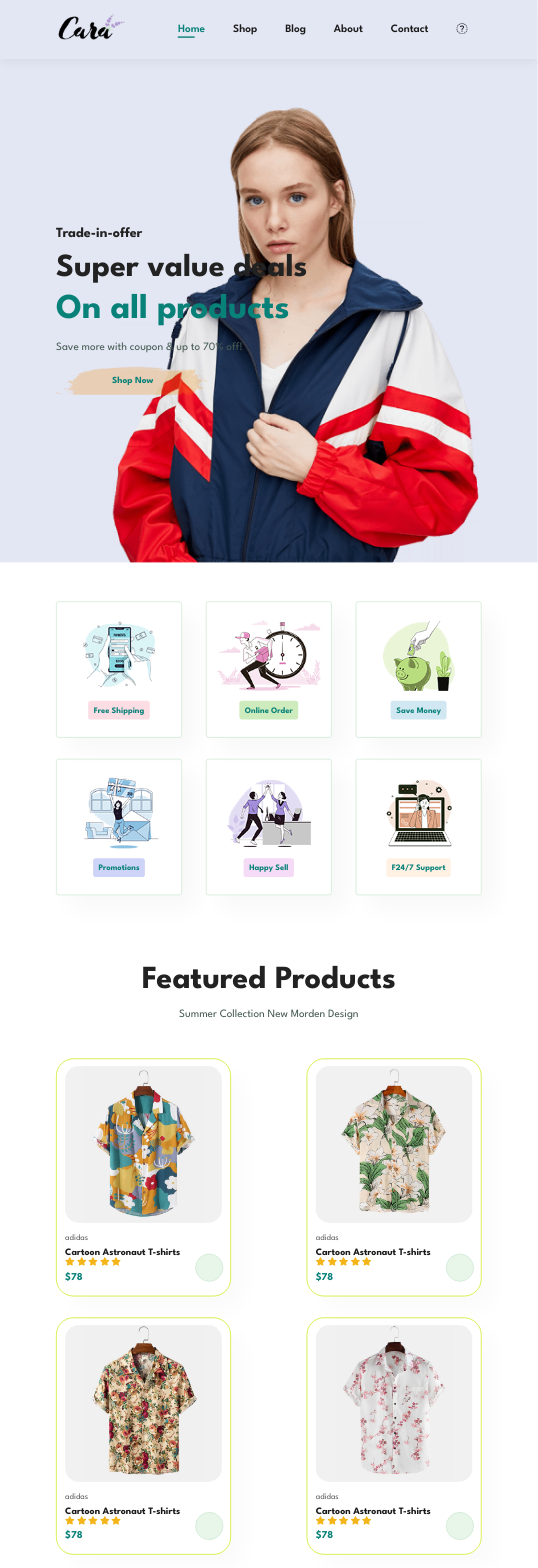
Repository: quy261001/cara
Page: index.html
An editor plug-in stored every save of this project. The page is shown before and after the next save, followed by the edit.
The browser window is 768 px wide. The pictures show the part of the page from y = 0 to 2240 px (the page is 7417 px tall before and 7466 px after), at 70% of full size.

Above is the page before, as saved 2022-05-02 13:42:58.

### index.html
<!DOCTYPE html>
<html lang="en">
<head>
  <meta charset="UTF-8">
  <meta http-equiv="X-UA-Compatible" content="IE=edge">
  <meta name="viewport" content="width=device-width, initial-scale=1.0">
  <link rel="stylesheet" href="style.css">
  <title>Cara</title>
</head>
<body>
  <section class="header">
    <a href="#"><img src="img/logo.png" class="logo" alt=""></a>

    <div>
      <ul class="navbar">
        <li><a class="active" href="index.html">Home</a></li>
        <li><a href="shop.html">Shop</a></li>
        <li><a href="blog.html">Blog</a></li>
        <li><a href="about.html">About</a></li>
        <li><a href="contact.html">Contact</a></li>
        <li><a href="cart.html"><i class="far fa-shopping-bag"></i></a></li>
      </ul>
    </div>
  </section>

  <section class="hero">
    <h4>Trade-in-offer</h4>
    <h2>Super value deals</h2>
    <h1>On all products</h1>
    <p>Save more with coupon & up to 70% off!</p>
    <button>Shop Now</button>
  </section>

  <section class="feature section-p1">
    <div class="fe-box">
      <img src="img/features/f1.png" alt="">
      <h6>Free Shipping</h6>
    </div>
    <div class="fe-box">
      <img src="img/features/f2.png" alt="">
      <h6>Online Order</h6>
    </div>
    <div class="fe-box">
      <img src="img/features/f3.png" alt="">
      <h6>Save Money</h6>
    </div>
    <div class="fe-box">
      <img src="img/features/f4.png" alt="">
      <h6>Promotions</h6>
    </div>
    <div class="fe-box">
      <img src="img/features/f5.png" alt="">
      <h6>Happy Sell</h6>
    </div>
    <div class="fe-box">
      <img src="img/features/f6.png" alt="">
      <h6>F24/7 Support</h6>
    </div>
  </section>

  <section class="product1 section-p1">
    <h2>Featured Products</h2>
    <p>Summer Collection New Morden Design</p>
    <div class="pro-container">
      <div class="pro">
        <img src="img/products/f1.jpg" alt="">
        <div class="des">
          <span>adidas</span>
          <h5>Cartoon Astronaut T-shirts</h5>
          <div class="star">
            <i class="fas fa-star"></i>
            <i class="fas fa-star"></i>
            <i class="fas fa-star"></i>
            <i class="fas fa-star"></i>
            <i class="fas fa-star"></i>
          </div>
          <h4>$78</h4>
        </div>
        <a href=""><i class="fal fa-shopping-cart cart"></i></a>
      </div>
      <div class="pro">
        <img src="img/products/f2.jpg" alt="">
        <div class="des">
          <span>adidas</span>
          <h5>Cartoon Astronaut T-shirts</h5>
          <div class="star">
            <i class="fas fa-star"></i>
            <i class="fas fa-star"></i>
            <i class="fas fa-star"></i>
            <i class="fas fa-star"></i>
            <i class="fas fa-star"></i>
          </div>
          <h4>$78</h4>
        </div>
        <a href=""><i class="fal fa-shopping-cart cart"></i></a>
      </div>
      <div class="pro">
        <img src="img/products/f3.jpg" alt="">
        <div class="des">
          <span>adidas</span>
          <h5>Cartoon Astronaut T-shirts</h5>
          <div class="star">
            <i class="fas fa-star"></i>
            <i class="fas fa-star"></i>
            <i class="fas fa-star"></i>
            <i class="fas fa-star"></i>
            <i class="fas fa-star"></i>
          </div>
          <h4>$78</h4>
        </div>
        <a href=""><i class="fal fa-shopping-cart cart"></i></a>
      </div>
      <div class="pro">
        <img src="img/products/f4.jpg" alt="">
        <div class="des">
          <span>adidas</span>
          <h5>Cartoon Astronaut T-shirts</h5>
          <div class="star">
            <i class="fas fa-star"></i>
            <i class="fas fa-star"></i>
            <i class="fas fa-star"></i>
            <i class="fas fa-star"></i>
            <i class="fas fa-star"></i>
          </div>
          <h4>$78</h4>
        </div>
        <a href=""><i class="fal fa-shopping-cart cart"></i></a>
      </div>
      <div class="pro">
        <img src="img/products/f5.jpg" alt="">
        <div class="des">
          <span>adidas</span>
          <h5>Cartoon Astronaut T-shirts</h5>
          <div class="star">
            <i class="fas fa-star"></i>
            <i class="fas fa-star"></i>
            <i class="fas fa-star"></i>
            <i class="fas fa-star"></i>
            <i class="fas fa-star"></i>
          </div>
          <h4>$78</h4>
        </div>
        <a href=""><i class="fal fa-shopping-cart cart"></i></a>
      </div>
      <div class="pro">
        <img src="img/products/f6.jpg" alt="">
        <div class="des">
          <span>adidas</span>
          <h5>Cartoon Astronaut T-shirts</h5>
          <div class="star">
            <i class="fas fa-star"></i>
            <i class="fas fa-star"></i>
            <i class="fas fa-star"></i>
            <i class="fas fa-star"></i>
            <i class="fas fa-star"></i>
          </div>
          <h4>$78</h4>
        </div>
        <a href=""><i class="fal fa-shopping-cart cart"></i></a>
      </div>
      <div class="pro">
        <img src="img/products/f7.jpg" alt="">
        <div class="des">
          <span>adidas</span>
          <h5>Cartoon Astronaut T-shirts</h5>
          <div class="star">
            <i class="fas fa-star"></i>
            <i class="fas fa-star"></i>
            <i class="fas fa-star"></i>
            <i class="fas fa-star"></i>
            <i class="fas fa-star"></i>
          </div>
          <h4>$78</h4>
        </div>
        <a href=""><i class="fal fa-shopping-cart cart"></i></a>
      </div>
      <div class="pro">
        <img src="img/products/f8.jpg" alt="">
        <div class="des">
          <span>adidas</span>
          <h5>Cartoon Astronaut T-shirts</h5>
          <div class="star">
            <i class="fas fa-star"></i>
            <i class="fas fa-star"></i>
            <i class="fas fa-star"></i>
            <i class="fas fa-star"></i>
            <i class="fas fa-star"></i>
          </div>
          <h4>$78</h4>
        </div>
        <a href=""><i class="fal fa-shopping-cart cart"></i></a>
      </div>
    </div>

  </section>

  <section class="banner section-m1">
    <h4>Repair Services</h4>
    <h2>Up to <span>70% Off</span> All t-shirts & Accessories</h2>
    <button class="normal">Explore More</button>
  </section>

  <section class="product1 section-p1">
    <h2>New Arrivals</h2>
    <p>Summer Collection New Morden Design</p>
    <div class="pro-container">
      <div class="pro">
        <img src="img/products/n1.jpg" alt="">
        <div class="des">
          <span>adidas</span>
          <h5>Cartoon Astronaut T-shirts</h5>
          <div class="star">
            <i class="fas fa-star"></i>
            <i class="fas fa-star"></i>
            <i class="fas fa-star"></i>
            <i class="fas fa-star"></i>
            <i class="fas fa-star"></i>
          </div>
          <h4>$78</h4>
        </div>
        <a href=""><i class="fal fa-shopping-cart cart"></i></a>
      </div>
      <div class="pro">
        <img src="img/products/n2.jpg" alt="">
        <div class="des">
          <span>adidas</span>
          <h5>Cartoon Astronaut T-shirts</h5>
          <div class="star">
            <i class="fas fa-star"></i>
            <i class="fas fa-star"></i>
            <i class="fas fa-star"></i>
            <i class="fas fa-star"></i>
            <i class="fas fa-star"></i>
          </div>
          <h4>$78</h4>
        </div>
        <a href=""><i class="fal fa-shopping-cart cart"></i></a>
      </div>
      <div class="pro">
        <img src="img/products/n3.jpg" alt="">
        <div class="des">
          <span>adidas</span>
          <h5>Cartoon Astronaut T-shirts</h5>
          <div class="star">
            <i class="fas fa-star"></i>
            <i class="fas fa-star"></i>
            <i class="fas fa-star"></i>
            <i class="fas fa-star"></i>
            <i class="fas fa-star"></i>
          </div>
          <h4>$78</h4>
        </div>
        <a href=""><i class="fal fa-shopping-cart cart"></i></a>
      </div>
      <div class="pro">
        <img src="img/products/n4.jpg" alt="">
        <div class="des">
          <span>adidas</span>
          <h5>Cartoon Astronaut T-shirts</h5>
          <div class="star">
            <i class="fas fa-star"></i>
            <i class="fas fa-star"></i>
            <i class="fas fa-star"></i>
            <i class="fas fa-star"></i>
            <i class="fas fa-star"></i>
          </div>
          <h4>$78</h4>
        </div>
        <a href=""><i class="fal fa-shopping-cart cart"></i></a>
      </div>
      <div class="pro">
        <img src="img/products/n5.jpg" alt="">
        <div class="des">
          <span>adidas</span>
          <h5>Cartoon Astronaut T-shirts</h5>
          <div class="star">
            <i class="fas fa-star"></i>
            <i class="fas fa-star"></i>
            <i class="fas fa-star"></i>
            <i class="fas fa-star"></i>
            <i class="fas fa-star"></i>
          </div>
          <h4>$78</h4>
        </div>
        <a href=""><i class="fal fa-shopping-cart cart"></i></a>
      </div>
      <div class="pro">
        <img src="img/products/n6.jpg" alt="">
        <div class="des">
          <span>adidas</span>
          <h5>Cartoon Astronaut T-shirts</h5>
          <div class="star">
            <i class="fas fa-star"></i>
            <i class="fas fa-star"></i>
            <i class="fas fa-star"></i>
            <i class="fas fa-star"></i>
            <i class="fas fa-star"></i>
          </div>
          <h4>$78</h4>
        </div>
        <a href=""><i class="fal fa-shopping-cart cart"></i></a>
      </div>
      <div class="pro">
        <img src="img/products/n7.jpg" alt="">
        <div class="des">
          <span>adidas</span>
          <h5>Cartoon Astronaut T-shirts</h5>
          <div class="star">
            <i class="fas fa-star"></i>
            <i class="fas fa-star"></i>
            <i class="fas fa-star"></i>
            <i class="fas fa-star"></i>
            <i class="fas fa-star"></i>
          </div>
          <h4>$78</h4>
        </div>
        <a href=""><i class="fal fa-shopping-cart cart"></i></a>
      </div>
      <div class="pro">
        <img src="img/products/n8.jpg" alt="">
        <div class="des">
          <span>adidas</span>
          <h5>Cartoon Astronaut T-shirts</h5>
          <div class="star">
            <i class="fas fa-star"></i>
            <i class="fas fa-star"></i>
            <i class="fas fa-star"></i>
            <i class="fas fa-star"></i>
            <i class="fas fa-star"></i>
          </div>
          <h4>$78</h4>
        </div>
        <a href=""><i class="fal fa-shopping-cart cart"></i></a>
      </div>
    </div>

  </section>

  <section class="sm-banner section-p1">
      <div class="banner-box">
        <h4>crazy deals</h4>
        <h2>buy 1 get 1 free</h2>
        <span>The best classic dress is on sale at cara</span>
        <button class="while">Learn More</button>
      </div>
      <div class="banner-box banner-box2">
        <h4>spring/sumer</h4>
        <h2>upcomming season</h2>
        <span>The best classic dress is on sale at cara</span>
        <button class="while">Collection</button>
      </div>
  </section>

  <div class="banner3 section-p1">
    <div class="banner-box">
      <h2>SEASONAL SALE</h2>
      <h3>Winter Collection -50% OFF</h3>
    </div>
    <div class="banner-box banner-box2">
      <h2>NEW FOOTWEAR COLLECTION</h2>
      <h3>Spring / Summer 2022</h3>
    </div>
    <div class="banner-box banner-box3">
      <h2>T-SHIRTS</h2>
      <h3>New Trendy Prints</h3>
    </div>
  </div>

  <section class="newsletter section-p1 section-m1">
      <div class="newstext">
          <h4>Sign Up For newsletters</h4>
          <p>Get E-mail updates about our latest shop and <span>special offers</span></p>
      </div>
      <div class="form">
        <input type="text" placeholder="Your email address">
        <button class="normal">Sign Up </button>
      </div>
  </section>

  <footer class="section-p1">
    <div class="col">
      <img class="logo" src="img/logo.png" alt="">
      <h4>Contact</h4>
      <p><strong>Address: </strong>562 Wellington Road, Street 32, San Francisco</p>
      <p><strong>Phone: </strong>+01 2222 365 /(+91) 01 2345 6789</p>
      <p><strong>Hours: </strong>10:00 - 18:00, Mon - Sat</p>
      <div class="follow">
        <h4>Follow us</h4>
        <div class="icon">
          <i class="fab fa-facebook-f"></i>
          <i class="fab fa-twitter"></i>
          <i class="fab fa-instagram"></i>
          <i class="fab fa-pinterest-p"></i>
          <i class="fab fa-youtube"></i>
        </div>
      </div>
    </div>

    <div class="col">
      <h4>About</h4>
      <a href="#">About us</a>
      <a href="#">Delivery Information</a>
      <a href="#">Privacy Policy</a>
      <a href="#">Terms & Conditions</a>
      <a href="#">Contact Us</a>
    </div>

    <div class="col">
      <h4>My Account</h4>
      <a href="#">Account</a>
      <a href="#">Sign In</a>
      <a href="#">View Cart</a>
      <a href="#">My Wishlist</a>
      <a href="#">Track My Order</a>
      <a href="#">Help</a>
    </div>

    <div class="col install">
      <h4>Install App</h4>
      <p>From App Store or Google Play</p>
      <div class="row">
        <img src="img/pay/app.jpg" alt="">
        <img src="img/pay/play.jpg" alt="">
      </div>
      <p>Secured Payment Gateways</p>
      <img src="img/pay/pay.png" alt="">
    </div>
  </footer>
  <section>
    <div class="copyright">
      <p>@ 2021, Teach2 etc - HTML CSS Ecommerce Template</p>
    </div>
  </section>
  <script src="script.js"></script>
  <script defer src="https://pro.fontawesome.com/releases/v5.15.4/js/all.js"></script>
</body>
</html>

### style.css
@import url('https://fonts.googleapis.com/css2?family=League+Spartan:wght@100;200;300;400;500;600;700;800;900&display=swap');
* {
  margin: 0;
  padding: 0;
  box-sizing: border-box;
  font-family: 'League Spartan', sans-serif;
}
h1 {
  font-size: 50px;
  line-height: 64px;
  color: #222;
}
h2 {
  font-size: 46px;
  line-height: 53px;
  color: #222;
}
h4 {
  font-size: 20px;
  color: #222;
}
h6 {
  font-weight: 700;
  font-size: 12px;
}
p {
  font-size: 16px;
  color: #465b52;
  margin: 15px 0 20px 0;
}
.section-p1 {
  padding: 40px 80px;
}
.section-m1 {
  margin: 40px 0;
}
button.normal {
  font-size: 14px;
  font-weight: 600;
  padding: 15px 30px;
  color: #000;
  background-color: #fff;
  border-radius: 4px;
  cursor: pointer;
  border: none;
  outline: none;
  transition: 0.2s;
}
button.while {
  font-size: 13px;
  font-weight: 600;
  padding: 11px 22px;
  color: #000;
  background-color: transparent;
  cursor: pointer;
  border: 1px solid #fff;
  outline: none;
  transition: 0.2s;
}
body {
  width: 100%;
}

/* Header-start */
.header {
  display: flex;
  justify-content: space-between;
  align-items: center;
  padding: 20px 80px;
  background-color: #E3E6F3;
  box-shadow: 0 5px 15px rgba(0, 0, 0, 0.06);
  z-index: 999;
  position: sticky;
  top: 0;
  left: 0;
}

.navbar {
  display: flex;
  align-items: center;
  justify-content: center;
}

.navbar li {
  list-style: none;
  padding: 0 20px;
  position: relative;
}

.navbar li a {
  text-decoration: none;
  font-size:16px;
  font-weight: 600;
  color: #1a1a1a;
  transition: 0.3s ease;
}

.navbar li a:hover,
.navbar li a.active {
  color: #088178;
}

.navbar li a.active::after,
.navbar li a:hover::after {
  content: "";
  width: 30%;
  height: 2px;
  background-color: #088178;
  position: absolute;
  bottom: -4px;
  left: 20px;
}
/* Home page */
.hero {
  background-image: url("img/hero4.png");
  height: 90vh;
  width: 100%;
  background-position: top 25% right 0;
  background-size: cover;
  display: flex;
  justify-content: center;
  align-items: flex-start;
  flex-direction: column;
  padding: 0 80px;
}

.hero h4 {
  padding-bottom: 15px;
}

.hero h1 {
  color: #088178;
}

.hero button {
  background-image: url("img/button.png");
  background-color: transparent;
  color: #088178;
  border: 0;
  padding: 14px 80px 14px 80px;
  background-repeat: no-repeat;
  cursor: pointer;
  font-weight: 700;
}

.feature {
  display: flex;
  align-items: center;
  justify-content: space-between;
  flex-wrap: wrap;
}

.feature .fe-box {
   width: 180px;
   text-align: center;
   padding: 25px 15px;
   box-shadow: 20px 20px 34px rgba(0, 0, 0, 0.03);
   border: 1px solid #cce7d0;
   border-radius: 4px;
   margin: 15px 0;
}

.feature .fe-box:hover {
  box-shadow: 10px 10px 54px rgba(70, 62, 221, 0.1);
}
.feature .fe-box img {
  width: 100%;
  margin-bottom: 10px;
}
.feature .fe-box h6 {
  display: inline-block;
  padding: 9px 8px 6px 8px;
  line-height: 1;
  border-radius: 4px;
  color: #088178;
  background-color: #fddde4;
}
.feature .fe-box:nth-child(2) h6 {
  background-color: #cdebbc;
}
.feature .fe-box:nth-child(3) h6 {
  background-color: #d1e8f2;
}
.feature .fe-box:nth-child(4) h6 {
  background-color: #cdd4f8;
}
.feature .fe-box:nth-child(5) h6 {
  background-color: #f6dbf6;
}
.feature .fe-box:nth-child(6) h6 {
  background-color: #fff2e5;
}

.product1 {
  text-align: center;
}
.product1 .pro-container {
  display: flex;
  justify-content: space-between;
  flex-wrap: wrap;
  padding-top: 20px;
}
.product1 .pro {
  position: relative;
  width: 23%;
  min-width: 250px;
  padding: 10px 12px;
  border: 1px solid #cce70d;
  border-radius: 25px;
  cursor: pointer;
  box-shadow: 20px 20px 30px rgba(0, 0, 0, 0.02);
  margin: 15px 0;
  transition: 0.2s ease;
}
.product1 .pro:hover {
  box-shadow: 20px 20px 30px rgba(0, 0, 0, 0.06);
}
.product1 .pro img {
  width: 100%;
  border-radius: 20px;
}
.product1 .pro .des {
  text-align: start;
  padding: 10px 0;
}
.product1 .pro .des span {
  color: #606063;
  font-size: 12px;
}
.product1 .pro .des h5 {
  padding-top: 7px;
  color: #1a1a1a;
  font-size: 14px;
}
.star {
  font-size: 12px;
  color: rgb(243, 181, 25);
}
.product1 .pro .des h4 {
  padding-top: 7px;
  font-size: 15px;
  font-weight: 700;
  color: #088178;
}
.product1 .pro .cart {
  width: 40px;
  height: 40px;
  line-height: 40px;
  border-radius: 50px;
  background-color: #e8f6ea;
  font-weight: 500;
  color: #088178;
  border: 1px solid #cce7d0;
  padding: 10px;
  position: absolute;
  bottom: 20px;
  right: 10px;
}

.banner {
  display: flex;
  flex-direction: column;
  justify-content: center;
  align-items: center;
  background-image: url("img/banner/b2.jpg");
  width: 100%;
  height: 40vh;
  background-size: cover;
  background-position: center;
}
.banner h4 {
  color: #fff;
  font-size: 16px;
}
.banner h2 {
  color: #fff;
  font-size: 30px;
  padding: 10px 0;
}
.banner h2 span {
  color: #ef3636;
}
.banner button:hover {
  background: #088178;
  color: #fff;
}

.sm-banner {
  display: flex;
  justify-content: space-between;
  flex-wrap: wrap;
}

.sm-banner .banner-box {
  display: flex;
  flex-direction: column;
  justify-content: center;
  align-items: flex-start;
  text-align: center;
  background-image: url("img/banner/b17.jpg");
  min-width: 49%;
  height: 50vh;
  background-size: cover;
  background-position: center;
  padding: 30px;
}
.sm-banner .banner-box2 {
  background-image: url("img/banner/b10.jpg");
}
.sm-banner h4 {
  color: #fff;
  font-size: 30px;
  font-weight: 300;
}
.sm-banner h2 {
  color: #fff;
  font-size: 38px;
  font-weight: 800;
}
.sm-banner span {
  color: #fff;
  font-size: 24px;
  font-weight: 500;
  margin-bottom: 15px;
}
.sm-banner .banner-box:hover button {
  background-color: #088178;
  border: 1px solid #088178;
}

.banner3 {
  display: flex;
  justify-content: space-between;
  flex-wrap: wrap;
}

.banner3 .banner-box {
  display: flex;
  flex-direction: column;
  justify-content: center;
  align-items: flex-start;
  text-align: center;
  background-image: url("img/banner/b7.jpg");
  min-width: 30%;
  height: 30vh;
  background-size: cover;
  background-position: center;
  padding: 20px;
  margin-bottom: 20px;
}

.banner3 .banner-box2 {
  background-image: url("img/banner/b4.jpg");
}

.banner3 .banner-box3 {
  background-image: url("img/banner/b18.jpg");
}

.banner3 h2 {
  color: #fff;
  font-weight: 900;
  font-size: 22px;
}

.banner3 h3 {
  color: #ec544e;
  font-weight: 800;
  font-size: 15px;
}

.newsletter {
  display: flex;
  justify-content: space-between;
  flex-wrap: wrap;
  align-items: center;
  background-image: url("img/banner/b14.png");
  background-repeat: no-repeat;
  background-position: 20% 30%;
  background-color: #041e42;
}
.newsletter h4 {
  font-size: 22px;
  font-weight: 700;
  color: #fff;
}
.newsletter p {
  font-size: 14px;
  font-weight: 600;
  color: #818ea0;
}
.newsletter p span {
  color: #ffbd27;
}

.newsletter .form {
  display: flex;
  width: 40%;
}

.newsletter input {
  height: 3.125rem;
  width: 24.125rem;
  padding: 0 1.25rem;
  font-size: 14px;
  border: 1px solid transparent;
  border-radius: 4px;
  outline: none;
  border-top-right-radius: 0;
  border-bottom-right-radius: 0;
}
.newsletter button {
  background-color: #088178;
  color: #fff;
  white-space: nowrap;
  padding:18px 30px;
  border-top-left-radius: 0;
  border-bottom-left-radius: 0;
}

footer {
  display: flex;
  flex-wrap: wrap;
  justify-content: space-between;
}
footer .col {
  display: flex;
  flex-direction: column;
  align-items: flex-start;
  margin-bottom: 20px;
}
footer .logo {
    margin-bottom: 30px;
}
footer h4 {
  font-size: 14px;
  margin-bottom: 20px;
}
footer p {
  font-size: 13px;
  margin: 0 0 8px 0;
}
footer a  {
  font-size: 13px;
  text-decoration: none;
  color: #222;
  margin-bottom: 10px;
}
footer .follow {
  margin-top: 20px;
}
footer .follow i {
  color: #456b52;
  padding-right: 4px;
  cursor: pointer;
}
footer .install .row img {
  border: 1px solid #088178;
  border-radius: 6px;
}
footer .install img {
  margin: 10px 0 15px 0;
}
footer .folow i:hover,
footer a:hover {
  color: #088178;
}
.copyright {
  width: 100%;
  text-align: center;
}

Loaded but not shown: script.js (no copy from this time; the picture is the same without it)

After the next save:
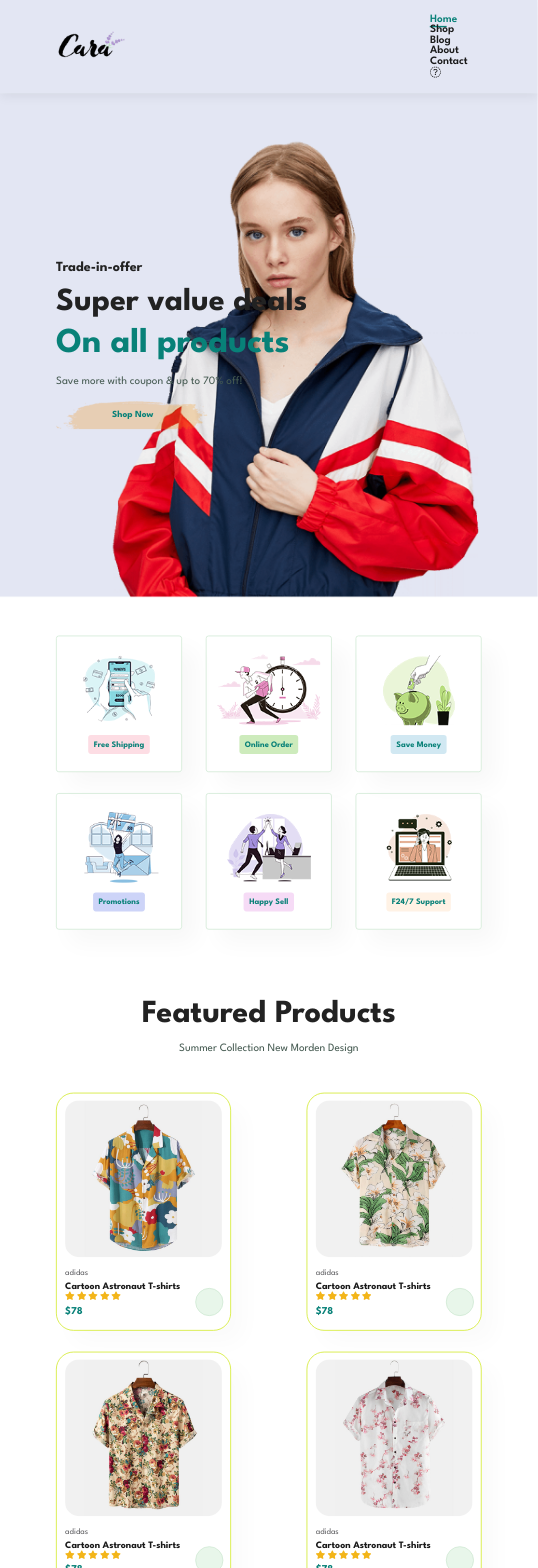
Saved 18 min 47 s later.
--- a/style.css
+++ b/style.css
@@ -469,3 +469,14 @@ footer a:hover {
   width: 100%;
   text-align: center;
 }
+
+/* Start Media Query */
+
+@media (max-width: 799px) {
+  .navbar {
+    display: flex;
+    flex-direction: column;
+    align-items: flex-start;
+    justify-content: center;
+  }
+}
